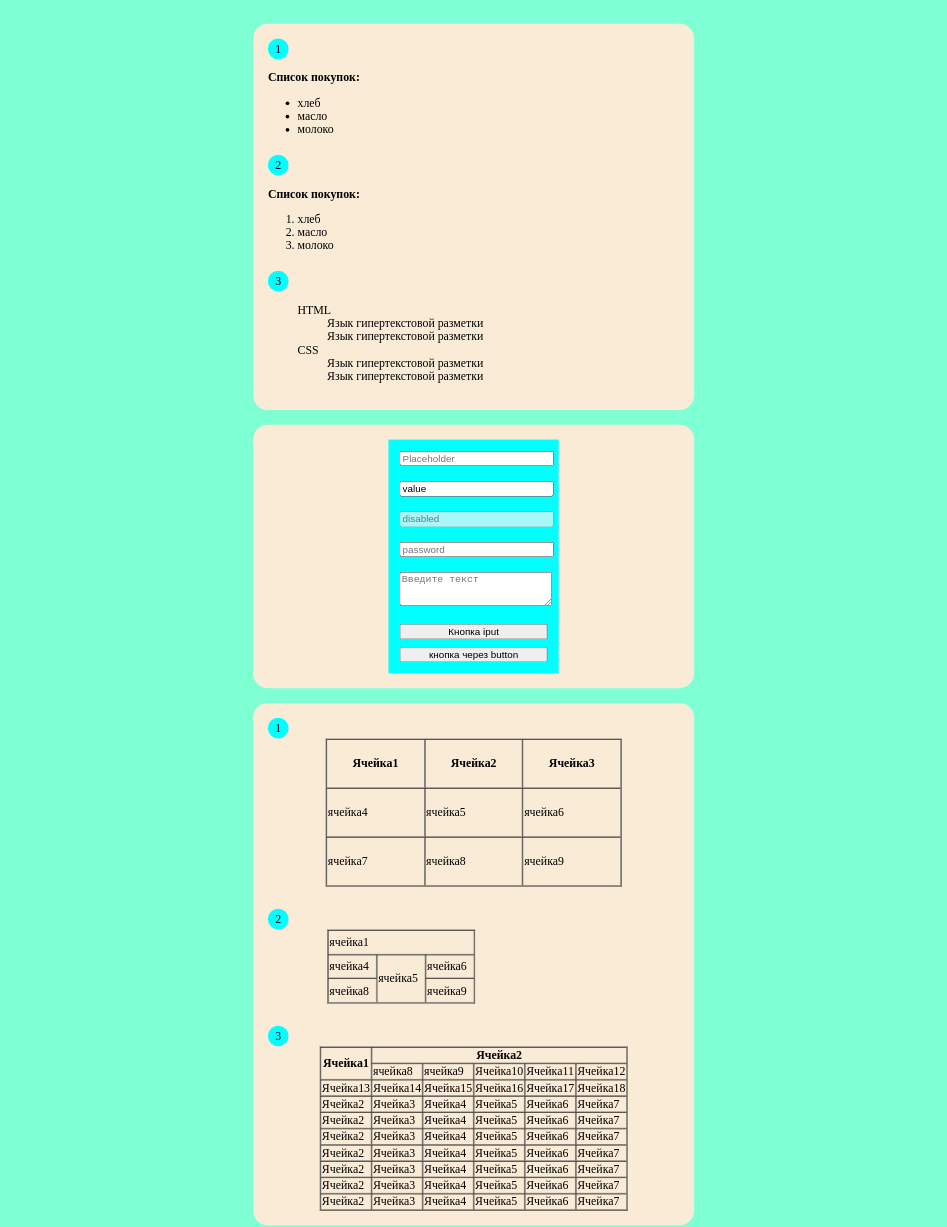
Repository: Savich01/-
Page: html/index.html
An editor plug-in stored every save of this project. The page is shown before and after the next save, followed by the edit.
The browser window is 1280 px wide. The pictures show the whole page, at 74% of full size.

Above is the page before, as saved 2024-05-31 17:11:24.

### html/index.html
<!DOCTYPE html>
<html lang="en">
<head>
    <meta charset="UTF-8">
    <meta name="viewport" content="width=device-width, initial-scale=1.0">
    <title>Document</title>
    <link rel="stylesheet" href="/css/style.css">
</head>
<body>

    <header class="header">

    </header>
    <main class="main">
        <div class="container">
            <section class="section-1">
                <div class="block">1</div>
                <p class="text">
                    <b>Список покупок:</b>
                </p>
                <ul class="list">
                    <li>хлеб</li>
                    <li>масло</li>
                    <li>молоко</li>
                </ul>

                <div class="block">2</div>
                <p class="text">
                    <b>Список покупок:</b>
                </p>
                <ol class="list">
                    <li>хлеб</li>
                    <li>масло</li>
                    <li>молоко</li>
                </ol>

                <div class="block">3</div>
                <ul class="main-list--item">
                    <li>HTML
                        <ul>
                            <li class="main-link">Язык гипертекстовой разметки</li>
                            <li class="main-link">Язык гипертекстовой разметки</li>
                        </ul>
                    </li>
                    <li>CSS
                        <ul>
                            <li class="main-link">Язык гипертекстовой разметки</li>
                            <li class="main-link">Язык гипертекстовой разметки</li>
                        </ul>
                    </li>
                </ul>
            </section>

            <section class="section-2">
                <form action="#" class="form">
                    <input class="input" type="text" placeholder="Placeholder">
                    <input class="input" type="text" value="value">
                    <input class="input" type="text" disabled="disabled" placeholder="disabled">
                    <input class="input" type="password" placeholder="password">
                    <textarea class="textarea" placeholder="Введите текст"></textarea>
                    <input class="input-btn" type="button" value="Кнопка iput">
                    <button class="button">кнопка через button</button>
                </form>
            </section>

            <section class="section-3">
                <div class="block">1</div>
                <table class="table" width=400 height=200 border=1 cellpedding=0 cellspacing=0>
                    <tr>
                        <th>Ячейка1</th>
                        <th>Ячейка2</th>
                        <th>Ячейка3</th>
                    </tr>

                    <tr>
                        <td>ячейка4</td>
                        <td>ячейка5</td>
                        <td>ячейка6</td>
                    </tr>
                    <tr>
                        <td>ячейка7</td>
                        <td>ячейка8</td>
                        <td>ячейка9</td>
                    </tr>
                </table>

                <div class="block">2</div>
                <table class="table2" width=200 height=100  border="1" cellpedding=0 cellspacing=0>
                    <tr>
                        <td colspan="3">ячейка1</td>
                        <!-- <td>ячейка2</td> -->
                        <!-- <td>ячейка3</td> -->
                    </tr>
                    <tr>
                        <td>ячейка4</td>
                        <td rowspan="2">ячейка5</td>
                        <td>ячейка6</td>
                    </tr>
                    <tr>
                        <!-- <td>ячейка7</td> -->
                        <td>ячейка8</td>
                        <td>ячейка9</td>
                    </tr>
                </table>

                <div class="block">3</div>
                <table class="table3" width=400 height=50  border="1" cellpedding=0 cellspacing=0>
                    <tr>
                        <th rowspan="2">Ячейка1</th>
                        <th colspan="5">Ячейка2</th>
                        <!-- <th>Ячейка3</th> -->
                        <!-- <th>Ячейка4</th> -->
                        <!-- <th>Ячейка5</th> -->
                        <!-- <th>Ячейка6</th> -->
                    </tr>
                    <tr>
                        <!-- <td>Ячейка7</td> -->
                        <td>ячейка8</td>
                        <td>ячейка9</td>
                        <td>Ячейка10</td>
                        <td>Ячейка11</td>
                        <td>Ячейка12</td>
                    </tr>
                    <tr>
                        <td>Ячейка13</td>
                        <td>Ячейка14</td>
                        <td>Ячейка15</td>
                        <td>Ячейка16</td>
                        <td>Ячейка17</td>
                        <td>Ячейка18</td>
                    </tr>
                    <tr>
                        <td>Ячейка2</td>
                        <td>Ячейка3</td>
                        <td>Ячейка4</td>
                        <td>Ячейка5</td>
                        <td>Ячейка6</td>
                        <td>Ячейка7</td>
                    </tr>
                    <tr>
                        <td>Ячейка2</td>
                        <td>Ячейка3</td>
                        <td>Ячейка4</td>
                        <td>Ячейка5</td>
                        <td>Ячейка6</td>
                        <td>Ячейка7</td>
                    </tr>
                    <tr>
                        <td>Ячейка2</td>
                        <td>Ячейка3</td>
                        <td>Ячейка4</td>
                        <td>Ячейка5</td>
                        <td>Ячейка6</td>
                        <td>Ячейка7</td>
                    </tr>
                    <tr>
                        <td>Ячейка2</td>
                        <td>Ячейка3</td>
                        <td>Ячейка4</td>
                        <td>Ячейка5</td>
                        <td>Ячейка6</td>
                        <td>Ячейка7</td>
                    </tr>
                    <tr>
                        <td>Ячейка2</td>
                        <td>Ячейка3</td>
                        <td>Ячейка4</td>
                        <td>Ячейка5</td>
                        <td>Ячейка6</td>
                        <td>Ячейка7</td>
                    </tr>
                    <tr>
                        <td>Ячейка2</td>
                        <td>Ячейка3</td>
                        <td>Ячейка4</td>
                        <td>Ячейка5</td>
                        <td>Ячейка6</td>
                        <td>Ячейка7</td>
                    </tr>
                    <tr>
                        <td>Ячейка2</td>
                        <td>Ячейка3</td>
                        <td>Ячейка4</td>
                        <td>Ячейка5</td>
                        <td>Ячейка6</td>
                        <td>Ячейка7</td>
                    </tr>

                </table>
            </section>
        </div>
    </main>
    <footer class="footer">

    </footer>

</body>
</html>

### css/style.css
body{
    max-width: 600px;
    height: 100%;
    margin: 0 auto;
    background-color: aquamarine;
    padding: 0px 10px;
}

.container{
    padding: 2px;
    margin-top: 30px;
}
/* ==========SECTION-1========================== */
.section-1{
    padding: 20px;
    background-color: antiquewhite;
    border-radius: 20px;
    margin-bottom: 20px;
}

.block{
    background-color:aqua;
    display: inline-block;
    padding: 5px 10px;
    border-radius: 100%;
}

.list{
    margin-bottom: 25px;
}
.main-list--item{
    list-style: none;
    /* text-decoration: none; */
}

.main-link{
    list-style: none;
}

/* ==========SECTION-2========================== */

.section-2{
    background-color: antiquewhite;
    border-radius: 20px;
    padding: 20px;
    margin-bottom: 20px;
}

.form{
    margin: 0 auto;
    max-width: 200px;
    padding: 15px;
    background-color: aqua;
}
.input{
    margin: 0 auto;
    width: 100%;
    margin-bottom: 20px;
}
.textarea{
    width: 100%;
    height: 40px;
    margin-bottom: 20px;
}

.input-btn{
    display: block;
    width: 100%;
    margin-bottom: 10px;
    cursor: pointer;
}
.button{
    display: block;
    width: 100%;
    cursor: pointer;
}

/* ==========SECTION-3========================== */

.section-3{
    background-color: antiquewhite;
    border-radius: 20px;
    padding: 20px;
}

.table{
    margin: 0 auto;
    margin-bottom: 30px;
}
.table2{
    margin-left: 80px;
    margin-bottom: 30px;
}
.table3{
    margin: 0 auto;
}

After the next save:
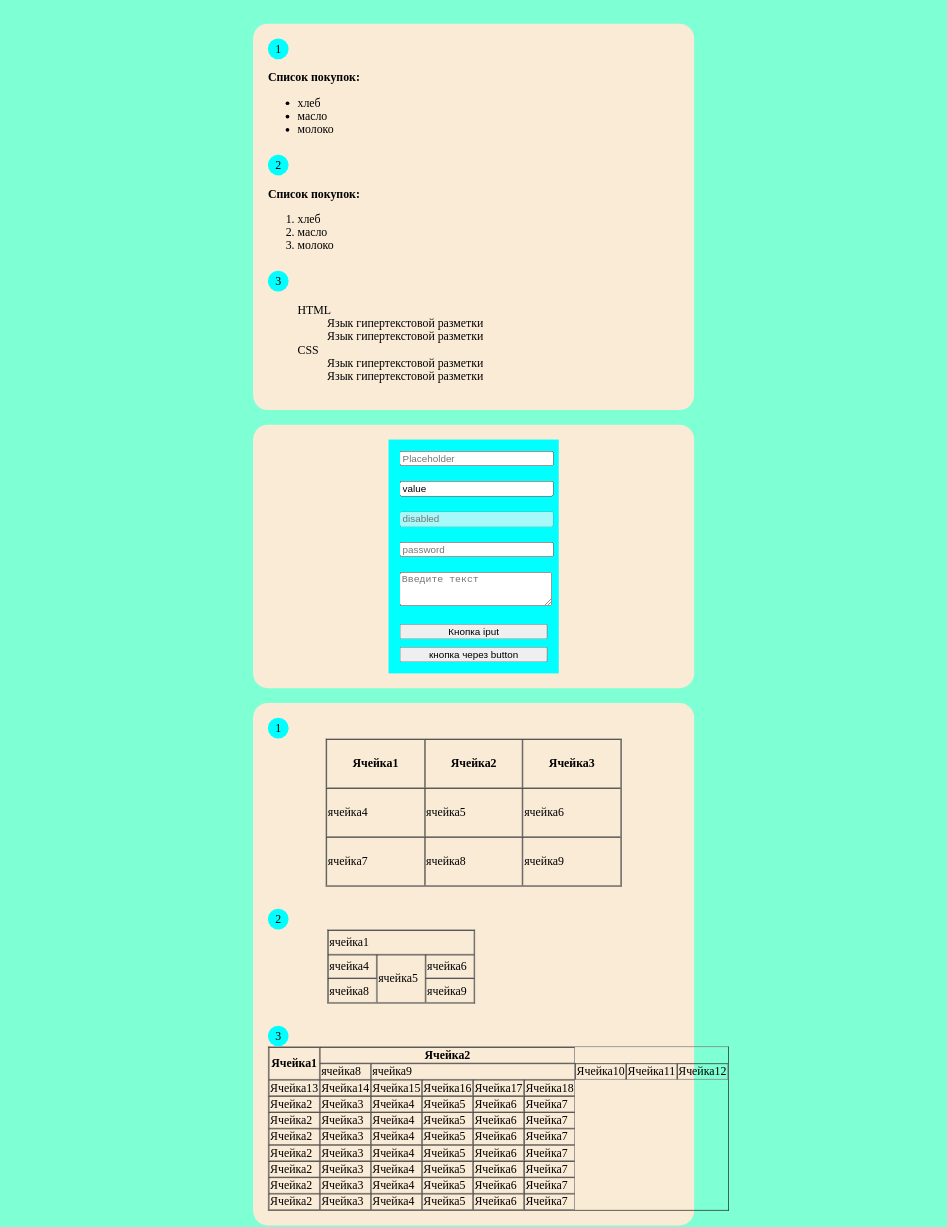
Saved 7 min 2 s later.
--- a/html/index.html
+++ b/html/index.html
@@ -116,7 +116,7 @@
                     <tr>
                         <!-- <td>Ячейка7</td> -->
                         <td>ячейка8</td>
-                        <td>ячейка9</td>
+                        <td colspan="4">ячейка9</td>
                         <td>Ячейка10</td>
                         <td>Ячейка11</td>
                         <td>Ячейка12</td>

After the save that followed:
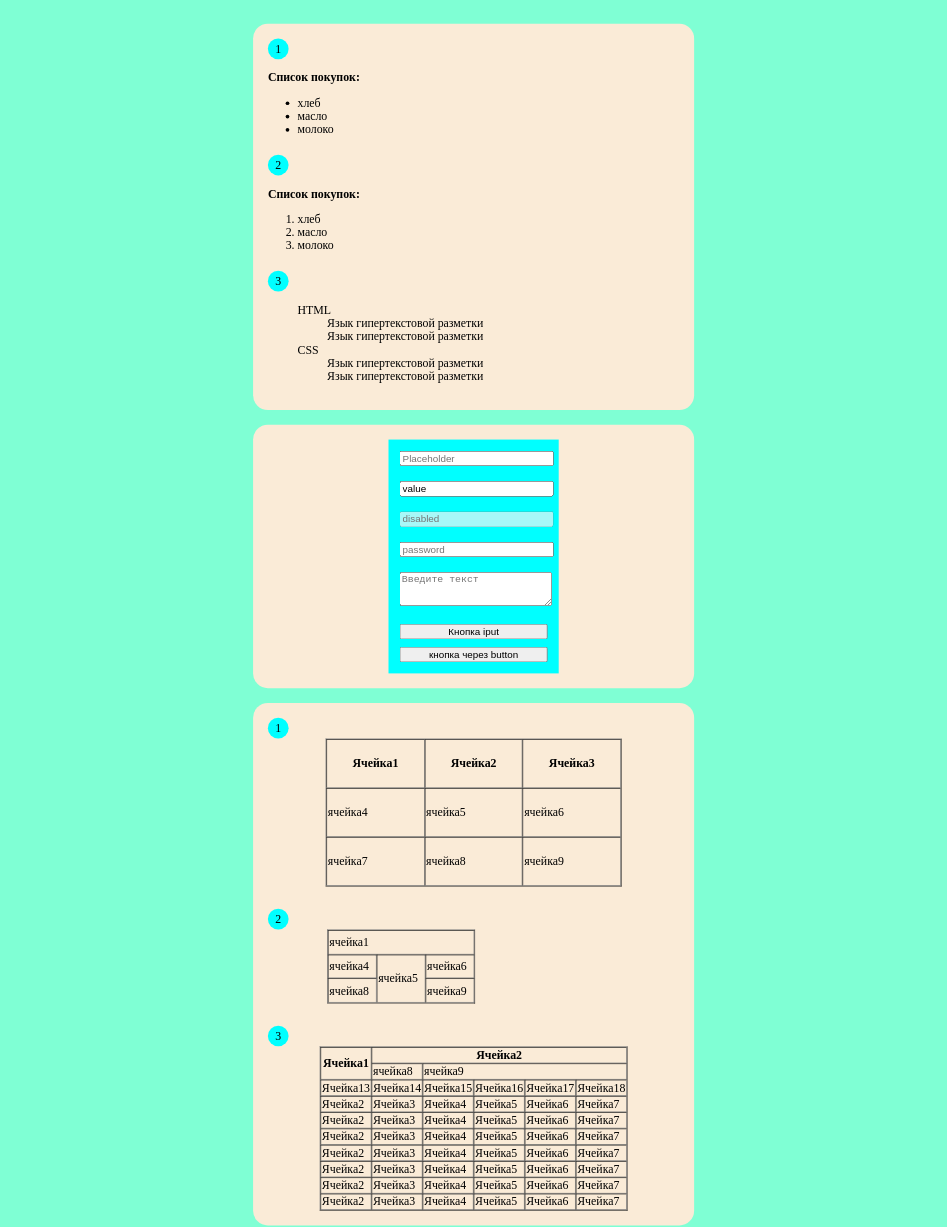
Saved 10 s later.
--- a/html/index.html
+++ b/html/index.html
@@ -117,9 +117,9 @@
                         <!-- <td>Ячейка7</td> -->
                         <td>ячейка8</td>
                         <td colspan="4">ячейка9</td>
-                        <td>Ячейка10</td>
-                        <td>Ячейка11</td>
-                        <td>Ячейка12</td>
+                        <!-- <td>Ячейка10</td> -->
+                        <!-- <td>Ячейка11</td> -->
+                        <!-- <td>Ячейка12</td> -->
                     </tr>
                     <tr>
                         <td>Ячейка13</td>
